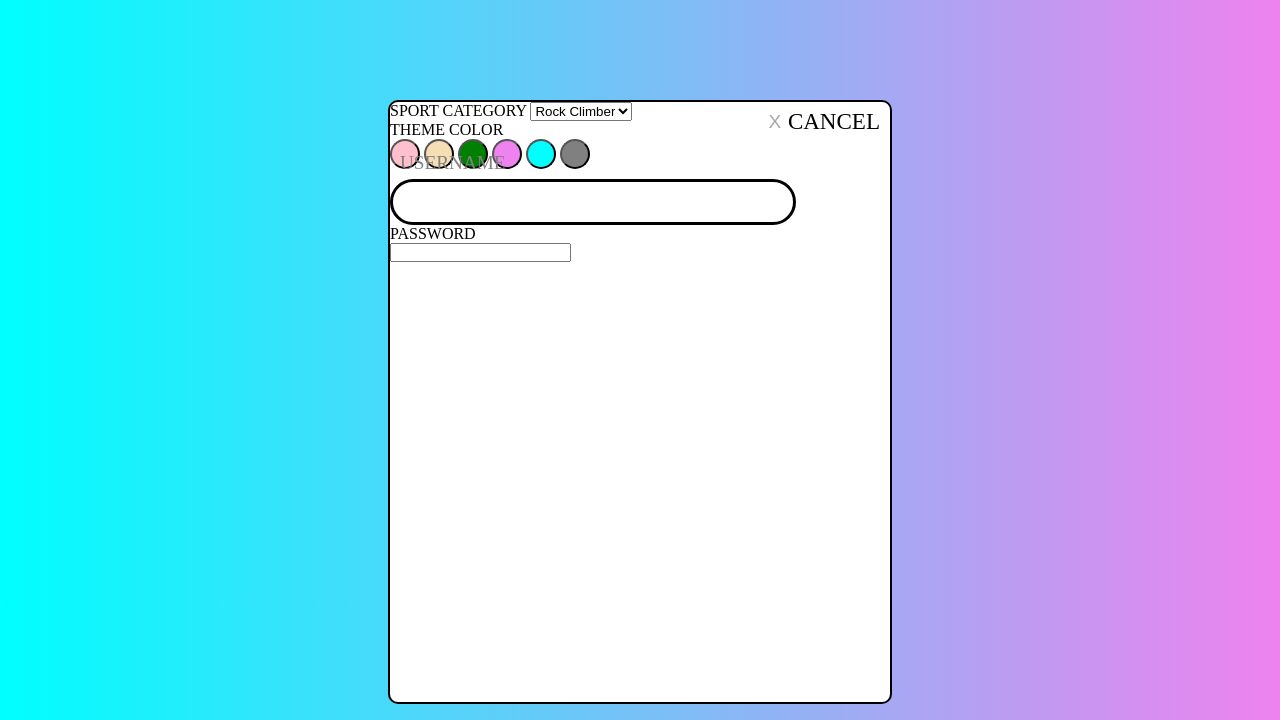
Repository: zRush1202/LoginPage-demo
Page: dom/exercise/login.html
The author's editor kept a copy of each file at every save. The page is drawn from the files as they stood at one save, then again after the next save.
The browser window is 1280 px wide. The pictures show the whole page.

Above is the page before, as saved 2023-09-17 09:32:13.

After the next save:
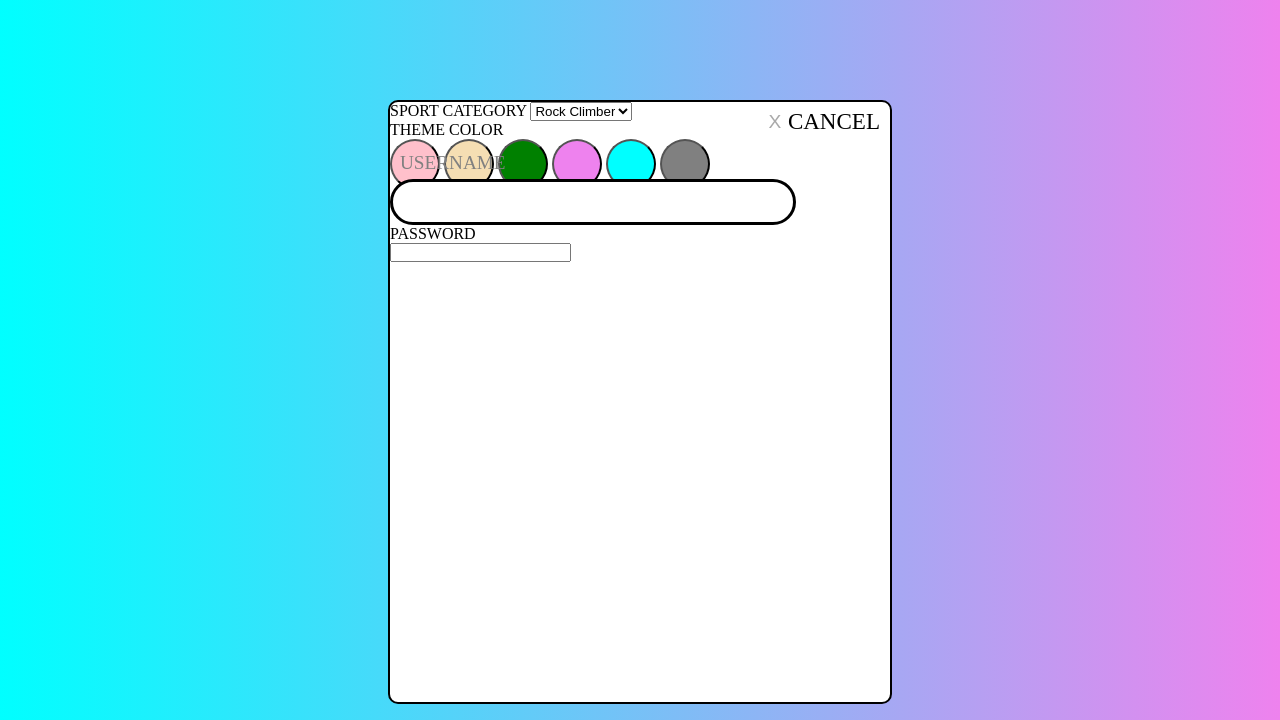
Saved 13 s later.
--- a/dom/exercise/login.css
+++ b/dom/exercise/login.css
@@ -67,7 +67,7 @@ body {
 }
 
 .bgc {
-    height: 30px;
-    width: 30px;
-    border-radius: 15px;
+    height: 50px;
+    width: 50px;
+    border-radius: 25px;
 }
